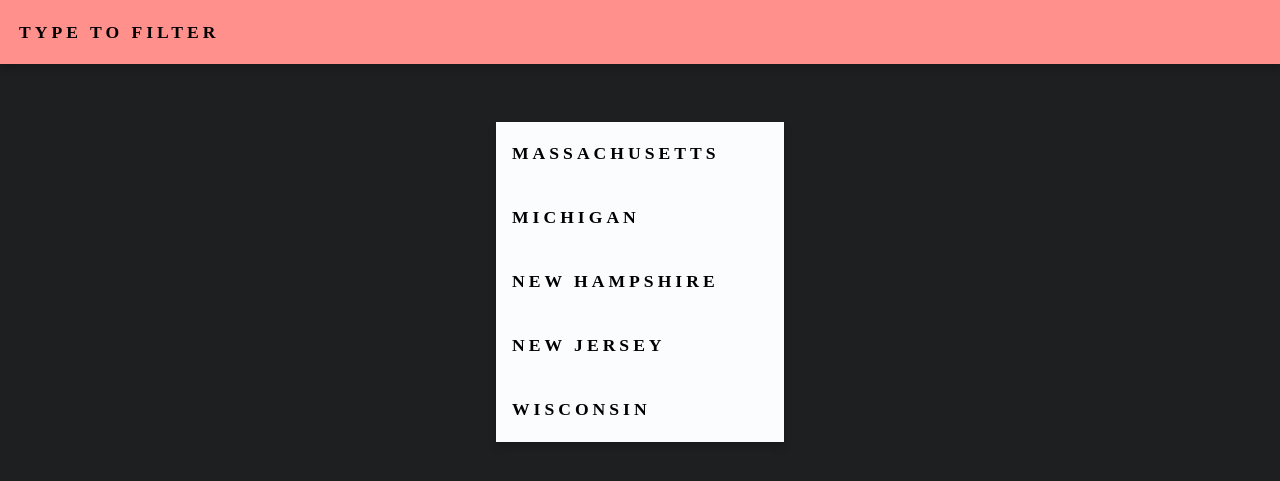
Repository: spihex/stage2-custom-dropdown
Page: index.html
These files come from the project's save history. The page is drawn as it stood at one moment and after the next save; the edit follows.
The browser window is 1280 px wide. The pictures show the whole page.

Above is the page before, as saved 2021-02-07 23:48:47.

After the next save:
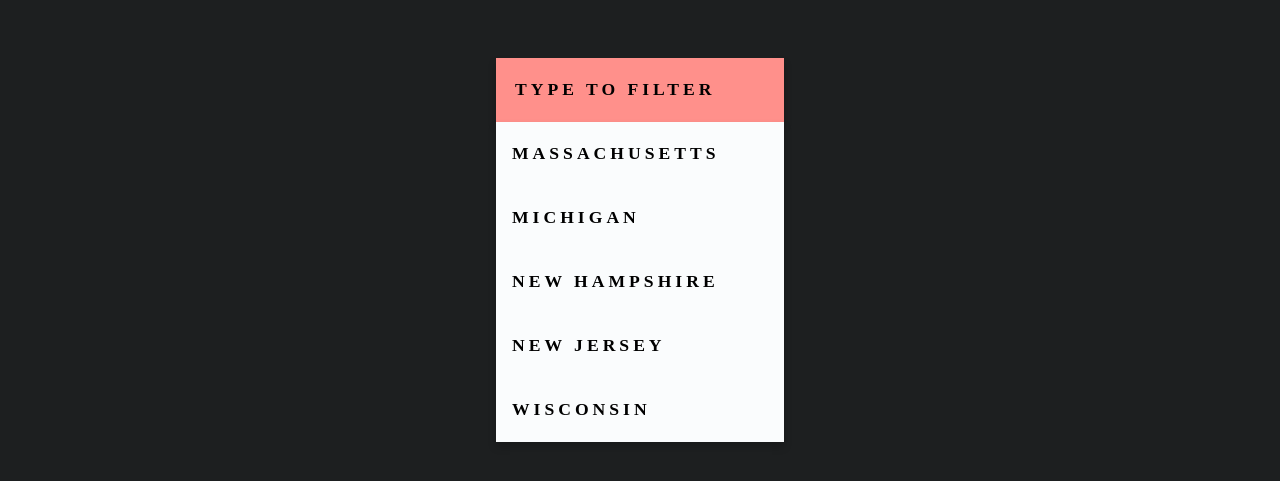
Saved 21 s later.
--- a/index.html
+++ b/index.html
@@ -11,8 +11,8 @@
 
     <body>
 
-        <input class="chosen-value" type="text" value="" placeholder="Type to filter">
         <form>
+            <input class="chosen-value" type="text" value="" placeholder="Type to filter">
 
             <ul class="value-list">
                 <li>Massachusetts</li>
